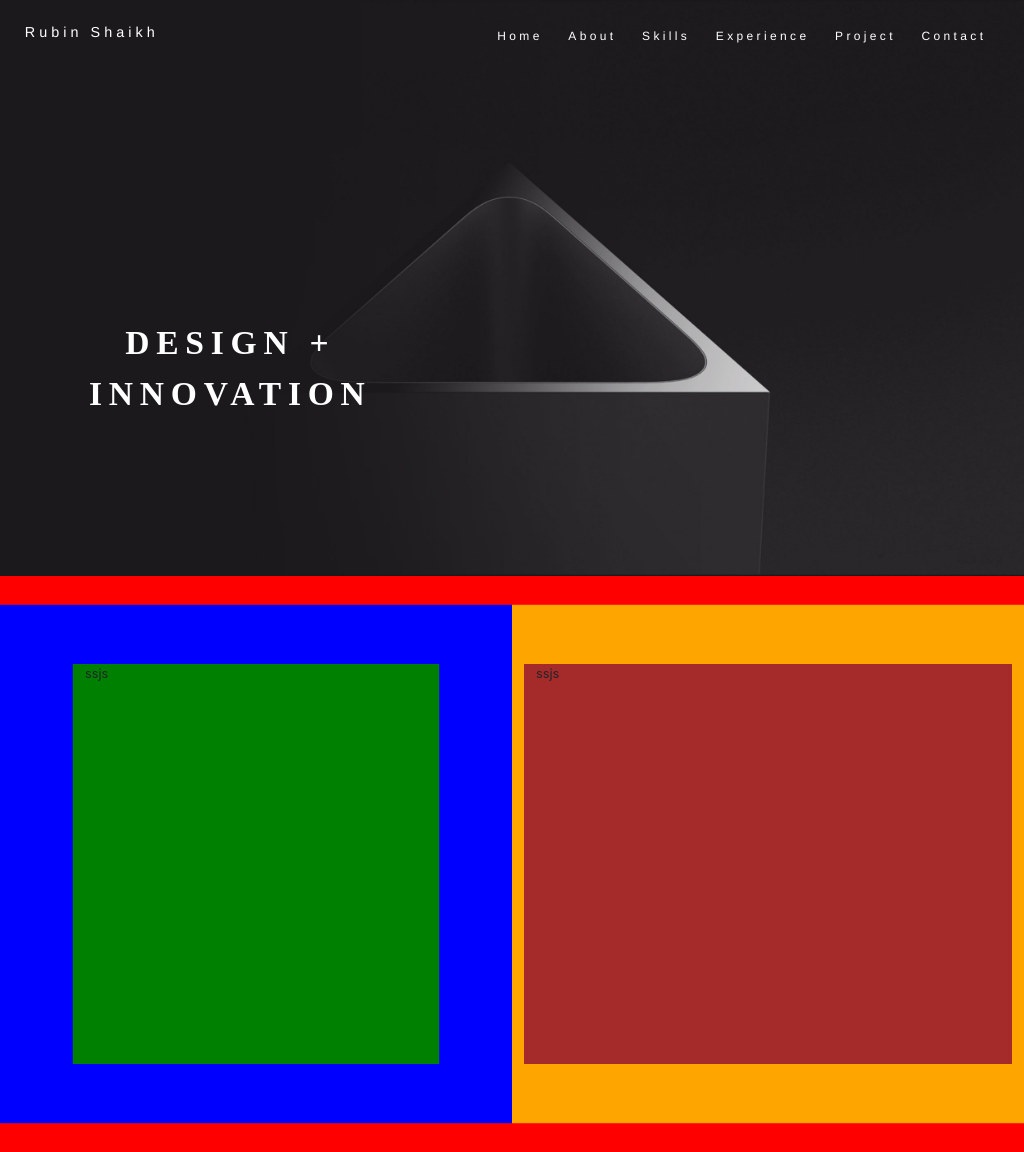
Repository: Rubin78/My-Portfolio
Page: /second
These files come from the project's save history. The page is drawn as it stood at one moment and after the next save; the edit follows.
The browser window is 1280 px wide. The pictures show the whole page, at 80% of full size.
The project was rebuilt for these pictures with package versions that can differ from the ones it lists, and the page was loaded fresh each time. Also part of the build but not shown: src/components/First/First.module.css, src/components/First/First.js, src/components/Third.js.

Above is the page before, as saved 2020-07-21 19:46:49.

After the next save:
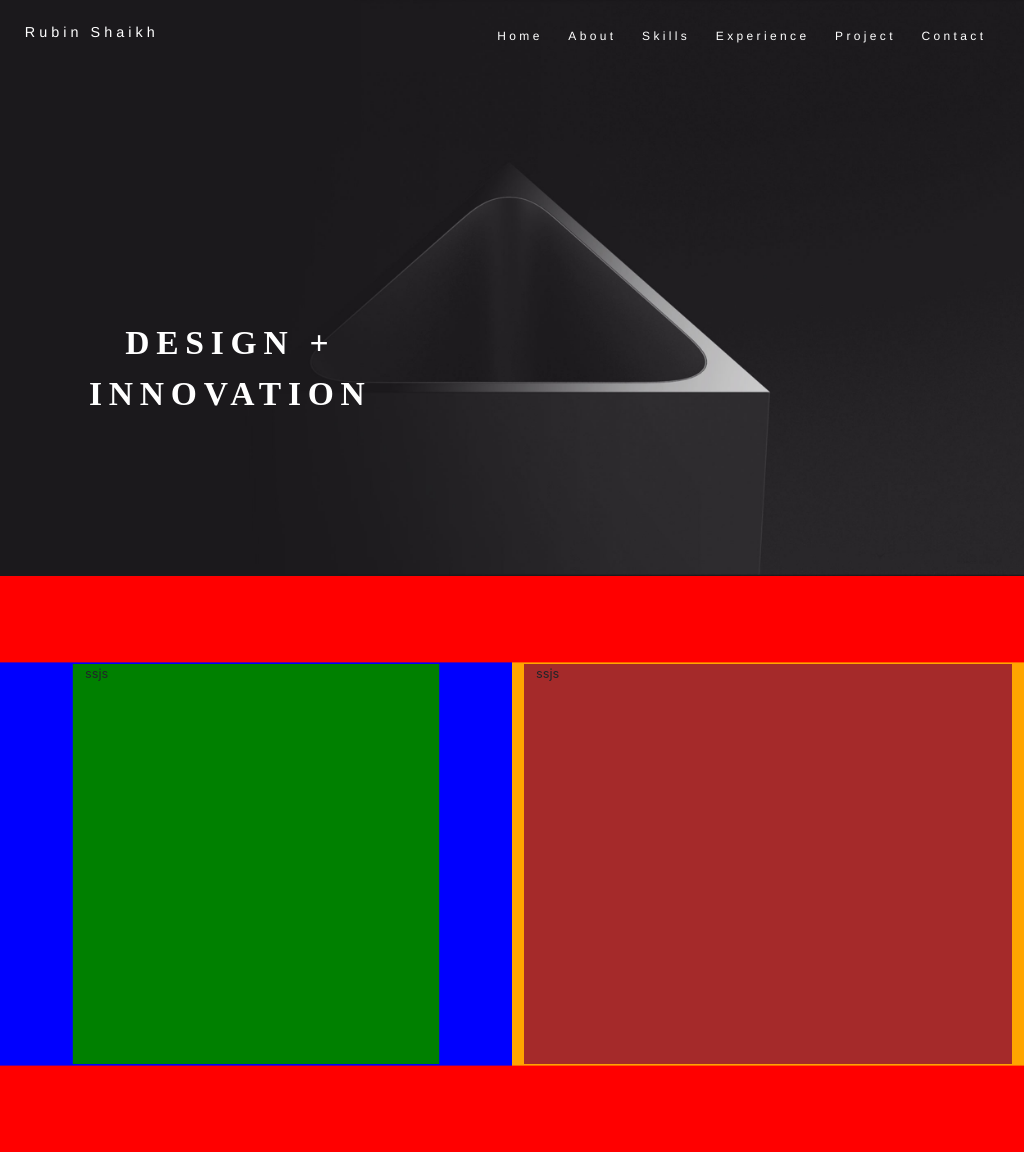
Saved 10 s later.
--- a/src/components/Second.css
+++ b/src/components/Second.css
@@ -80,7 +80,7 @@
 
 .container2column{
 
-    height: 90vh;
+    height: 70vh;
     width: 100vw;
     background-color: green;
     display: flex;
